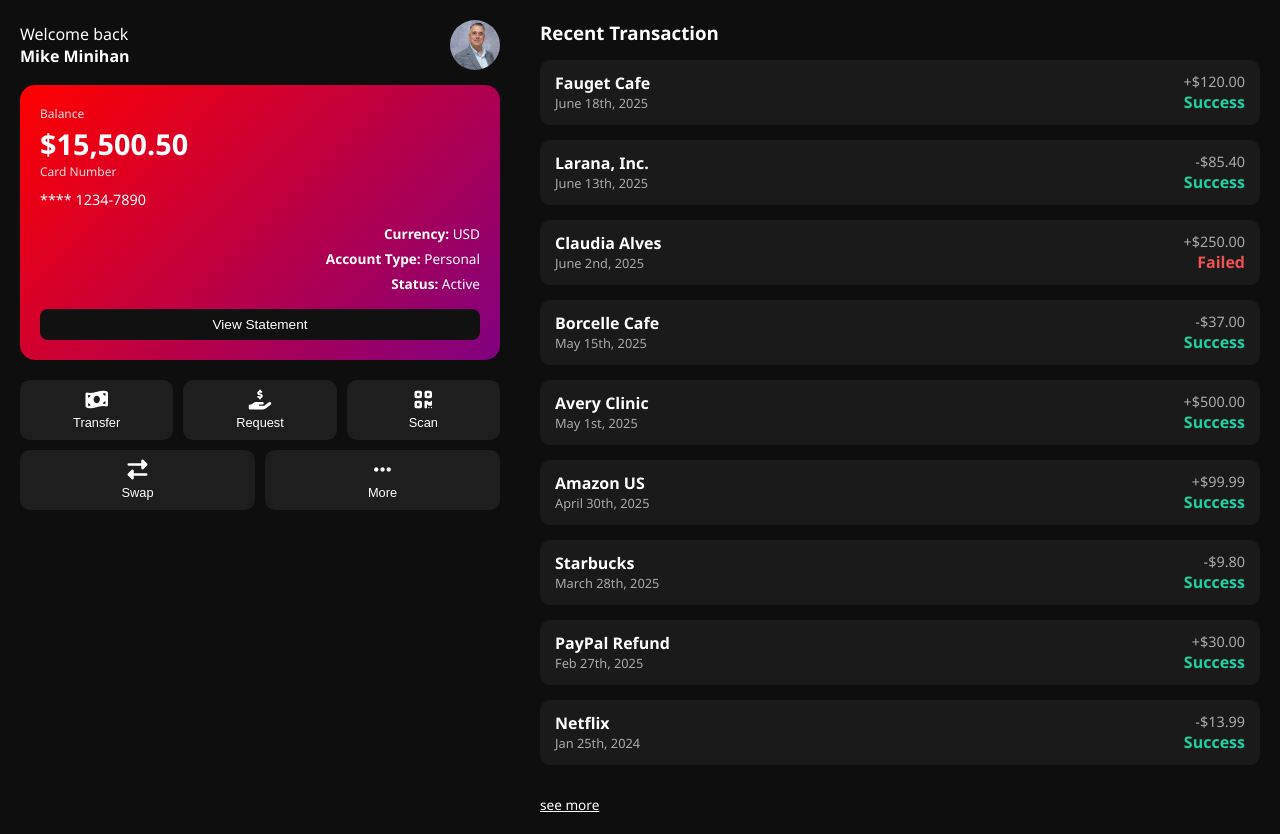
Repository: trenzyfx1/Wells-fargo-bank
Page: homepage.html
These files come from the project's save history. The page is drawn as it stood at one moment and after a run of saves; the edit follows.
The browser window is 1280 px wide. The pictures show the whole page.
Some web libraries are served in a nearby version.

Above is the page before, as saved 2025-06-19 19:47:16.

### homepage.html
<!DOCTYPE html>
<html lang="en">

<head>
    <meta charset="UTF-8" />
    <meta name="viewport" content="width=device-width, initial-scale=1.0" />
    <title>Dashboard</title>
    <link rel="stylesheet" href="./CSS/homepage.css">
    <link rel="stylesheet" href="./CSS/all.min.css">
    <link rel="icon" href="/images/logo.PNG" type="image/x-icon">
    <script src="https://kit.fontawesome.com/a2e8f1a1b0.js" crossorigin="anonymous"></script>
</head>

<body>
    <div class="dashboard">

        <div class="right-panel">
            <div class="profile">
                <p>Welcome back<br><strong>Mike Minihan</strong></p>
                <img src="./images/proflie.jpg" alt="User" />
            </div>

            <div class="balance-card">
                <div class="card-top">
                    <p class="label">Balance</p>
                    <p class="balance">$15,500.50</p>

                    <p class="label">Card Number</p>
                    <p class="card-info">**** 1234-7890</p>
                </div>

                <div class="card-extra">
                    <p><strong>Currency:</strong> USD</p>
                    <p><strong>Account Type:</strong> Personal</p>
                    <p><strong>Status:</strong> Active</p>
                    <button class="statement-btn">View Statement</button>
                </div>
            </div>

            <div class="actions">
                <button><i class="fas fa-money-bill-wave"></i><span>Transfer</span></button>
                <button><i class="fas fa-hand-holding-usd"></i><span>Request</span></button>
                <button><i class="fas fa-qrcode"></i><span>Scan</span></button>
                <button><i class="fas fa-exchange-alt"></i><span>Swap</span></button>
                <button><i class="fas fa-ellipsis-h"></i><span>More</span></button>
            </div>
        </div>


        <!-- LEFT -->
        <div class="left-panel">
            <div class="transactions">
                <h3>Recent Transaction</h3>

                <!-- TRANSACTION LIST -->
                <div class="transaction">
                    <div>
                        <strong>Fauget Cafe</strong>
                        <p>June 18th, 2025</p>
                    </div>
                    <div class="right-detail">
                        <p>+$120.00</p>
                        <span class="success">Success</span>
                    </div>
                </div>

                <div class="transaction">
                    <div>
                        <strong>Larana, Inc.</strong>
                        <p>June 13th, 2025</p>
                    </div>
                    <div class="right-detail">
                        <p>-$85.40</p>
                        <span class="success">Success</span>
                    </div>
                </div>

                <div class="transaction">
                    <div>
                        <strong>Claudia Alves</strong>
                        <p>June 2nd, 2025</p>
                    </div>
                    <div class="right-detail">
                        <p>+$250.00</p>
                        <span class="failed">Failed</span>
                    </div>
                </div>

                <div class="transaction">
                    <div>
                        <strong>Borcelle Cafe</strong>
                        <p>May 15th, 2025</p>
                    </div>
                    <div class="right-detail">
                        <p>-$37.00</p>
                        <span class="success">Success</span>
                    </div>
                </div>

                <div class="transaction">
                    <div>
                        <strong>Avery Clinic</strong>
                         <p>May 1st, 2025</p>
                    </div>
                    <div class="right-detail">
                        <p>+$500.00</p>
                        <span class="success">Success</span>
                    </div>
                </div>

                <div class="transaction">
                    <div>
                        <strong>Amazon US</strong>
                        <p>April 30th, 2025</p>
                    </div>
                    <div class="right-detail">
                        <p>+$99.99</p>
                        <span class="success">Success</span>
                    </div>
                </div>

                <div class="transaction">
                    <div>
                        <strong>Starbucks</strong>
                        <p>March 28th, 2025</p>
                    </div>
                    <div class="right-detail">
                        <p>-$9.80</p>
                        <span class="success">Success</span>
                    </div>
                </div>

                <div class="transaction">
                    <div>
                        <strong>PayPal Refund</strong>
                        <p>Feb 27th, 2025</p>
                    </div>
                    <div class="right-detail">
                        <p>+$30.00</p>
                        <span class="success">Success</span>
                    </div>
                </div>

                <div class="transaction">
                    <div>
                        <strong>Netflix</strong>
                        <p>Jan 25th, 2024</p>
                    </div>
                    <div class="right-detail">
                        <p>-$13.99</p>
                        <span class="success">Success</span>
                    </div>
                </div>

                <a class="see-more" href="#">see more</a>
            </div>
        </div>
    </div>

</body>

</html>

### CSS/homepage.css
* {
    margin: 0;
    padding: 0;
    box-sizing: border-box;
}

body {
    font-family: 'Segoe UI', sans-serif;
    background: #0e0e0e;
    color: white;
}

.dashboard {
    display: flex;
    flex-direction: column;
    gap: 20px;
    padding: 20px;
}

.profile {
    display: flex;
    justify-content: space-between;
    align-items: center;
}

.profile img {
    width: 50px;
    height: 50px;
    border-radius: 50%;
}

.balance-card {
    background: linear-gradient(135deg, red, purple);
    padding: 20px;
    border-radius: 15px;
    color: #fff;
    margin-top: 15px;
}

.balance-card .balance {
    font-size: 1.8rem;
    font-weight: bold;
}

.card-info {
    margin: 10px 0;
    font-size: 0.9rem;
}

.actions {
    display: flex;
    flex-wrap: wrap;
    gap: 10px;
    margin-top: 20px;
}

.actions button {
    background: #1e1e1e;
    border: none;
    color: #fff;
    padding: 10px;
    border-radius: 10px;
    flex: 1 1 28%;
    display: flex;
    flex-direction: column;
    align-items: center;
    font-size: 0.8rem;
    gap: 5px;
    cursor: pointer;
}

.actions button i {
    font-size: 20px;
}

.search-bar {
    display: flex;
    margin-bottom: 20px;
}

.search-bar input {
    flex: 1;
    padding: 10px;
    border: none;
    border-radius: 10px 0 0 10px;
    background: #1e1e1e;
    color: white;
}

.search-bar button {
    background: #1e1e1e;
    border: none;
    color: white;
    padding: 10px;
    border-radius: 0 10px 10px 0;
    cursor: pointer;
}

.transactions {
    display: flex;
    flex-direction: column;
    gap: 15px;
}

.transaction {
    background: #1a1a1a;
    padding: 10px 15px;
    border-radius: 10px;
    display: flex;
    justify-content: space-between;
    align-items: center;
}

.transaction p {
    font-size: 0.8rem;
    color: #aaa;
}

.success {
    color: #1dd1a1;
    font-weight: bold;
}

.failed {
    color: #ee5253;
    font-weight: bold;
}

/* Add inside existing CSS */

.transaction {
    background: #1a1a1a;
    padding: 12px 15px;
    border-radius: 10px;
    display: flex;
    justify-content: space-between;
    align-items: flex-start;
}

.right-detail {
    text-align: right;
}

.right-detail p {
    margin: 0;
    font-size: 0.9rem;
}

.see-more {
    margin-top: 15px;
    display: inline-block;
    color: white;
    font-size: 0.85rem;
    text-decoration: underline;
}

.label {
    font-size: 0.75rem;
    color: #e0e0e0;
    margin-bottom: 2px;
}

.card-top {
    margin-bottom: 15px;
    text-align: left;
}

.card-extra {
    display: flex;
    flex-direction: column;
    gap: 6px;
    text-align: right;
    font-size: 0.85rem;
}

.statement-btn {
    margin-top: 10px;
    padding: 8px;
    background: #111;
    border: none;
    color: white;
    border-radius: 8px;
    cursor: pointer;
    font-size: 0.85rem;
}


/* Desktop Layout */
@media (min-width: 768px) {
    .dashboard {
        flex-direction: row;
        align-items: flex-start;
        gap: 40px;
    }

    .left-panel {
        flex: 1.5;
    }

    .right-panel {
        flex: 1;
        position: sticky;
        top: 20px;
    }
}

Loaded but not shown: CSS/all.min.css (library)

After the next 3 saves:
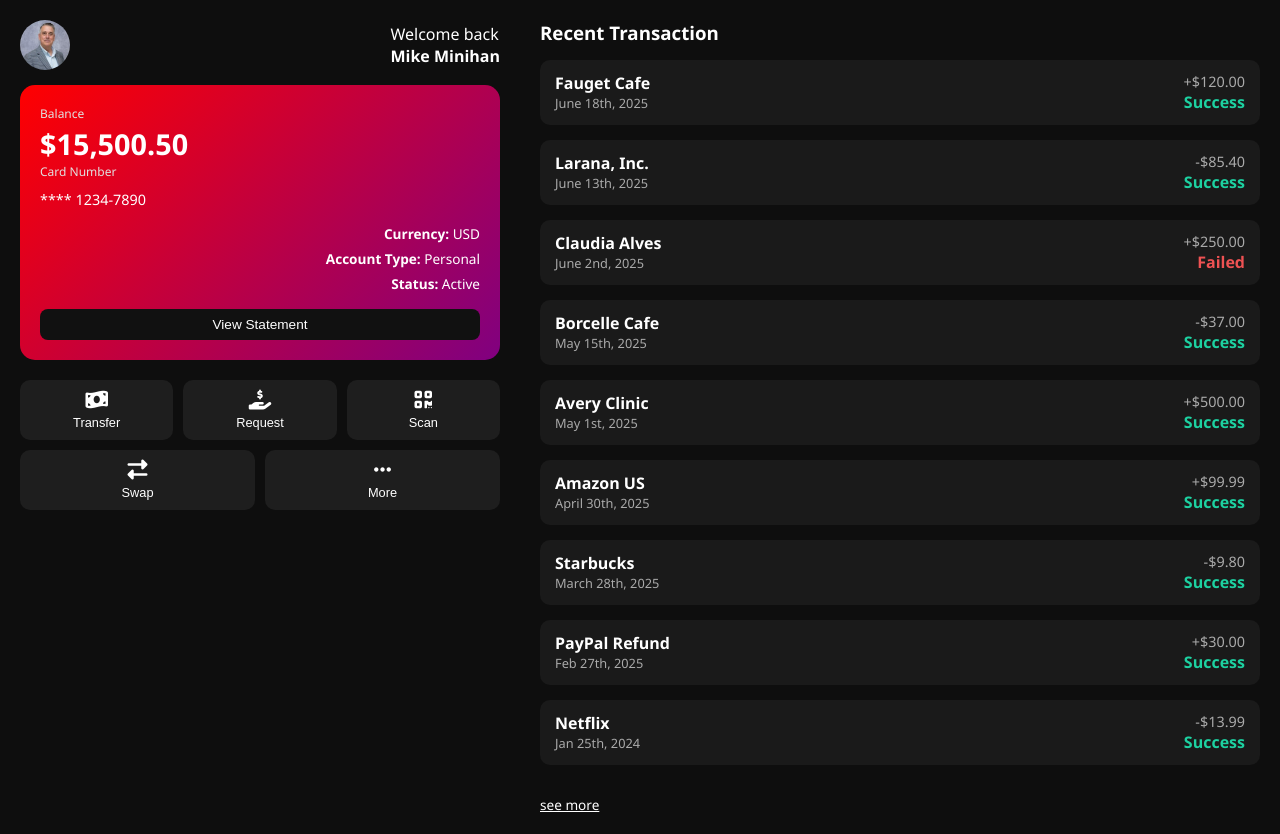
The 3 saves are shown as one change because they came seconds apart.
The last was saved 2 min 57 s later.
--- a/homepage.html
+++ b/homepage.html
@@ -16,8 +16,8 @@
 
         <div class="right-panel">
             <div class="profile">
+                <img src="./images/proflie.jpg" alt="User" />
                 <p>Welcome back<br><strong>Mike Minihan</strong></p>
-                <img src="./images/proflie.jpg" alt="User" />
             </div>
 
             <div class="balance-card">
